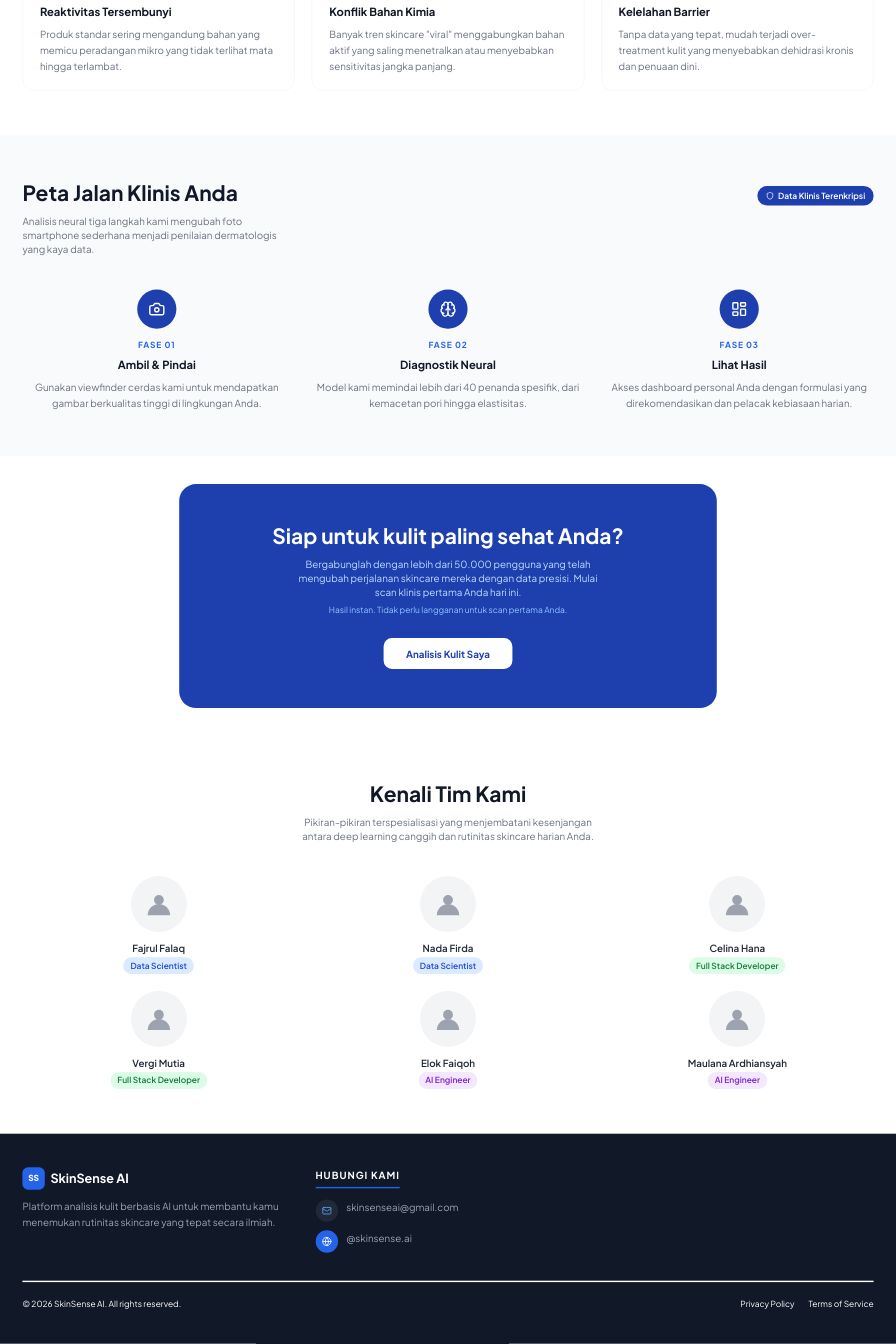
Repository: Celinahanaa/SkinSenseAI
Page: /
The author's editor kept a copy of each file at every save. The page is drawn from the files as they stood at one save, then again after the next save.
The browser window is 1280 px wide. The pictures show the part of the page from y = 1431 to 3351 px (the page is 3351 px tall before and 3350 px after), at 70% of full size.
Some web fonts or font styles are not loaded; a fallback is used. The project was rebuilt for these pictures with package versions that can differ from the ones it lists, and the page was loaded fresh each time. Also part of the build but not shown: vite.config.js, src/components/Navbar.jsx, frontend/src/services/api.js, frontend/src/context/AuthContext.jsx, frontend/src/components/ProtectedRoute.jsx, src/pages/Home.jsx, src/pages/Login.jsx, src/pages/Register.jsx and 5 more.

Above is the page before, as saved 2026-05-16 13:35:46.

### index.html
<!doctype html>
<html lang="en">
  <head>
    <meta charset="UTF-8" />
    <link rel="icon" type="image/svg+xml" href="/favicon.svg" />
    <meta name="viewport" content="width=device-width, initial-scale=1.0" />
    <title>skinsense-ai</title>
  </head>
  <body>
    <div id="root"></div>
    <script type="module" src="/src/main.jsx"></script>
  </body>
</html>

### src/index.css
@import url('https://fonts.googleapis.com/css2?family=Plus+Jakarta+Sans:wght@300;400;500;600;700;800&family=Playfair+Display:ital,wght@0,700;0,800;1,700&display=swap');

@tailwind base;
@tailwind components;
@tailwind utilities;

@layer base {
  body {
    font-family: 'Plus Jakarta Sans', sans-serif;
    background-color: #f8faff;
    color: #1a1a2e;
    -webkit-font-smoothing: antialiased;
  }
}

@layer components {
  .btn-primary {
    @apply bg-blue-800 text-white font-semibold px-6 py-3 rounded-xl hover:bg-blue-900 transition-all duration-200 flex items-center justify-center gap-2 cursor-pointer;
  }
  .btn-outline {
    @apply border-2 border-gray-200 bg-white text-gray-700 font-semibold px-6 py-3 rounded-xl hover:border-blue-800 hover:text-blue-800 transition-all duration-200 flex items-center justify-center gap-2 cursor-pointer;
  }
  .card {
    @apply bg-white rounded-2xl p-6;
    box-shadow: 0 2px 20px rgba(30, 58, 138, 0.08);
  }
  .input-field {
    @apply w-full border border-gray-200 rounded-xl px-4 py-3 pl-11 text-gray-800 placeholder-gray-400 focus:outline-none focus:border-blue-600 transition-all bg-gray-50 text-sm;
  }
  .nav-link {
    @apply text-gray-600 hover:text-blue-800 font-medium text-sm transition-colors cursor-pointer;
  }
}

@keyframes fadeInUp {
  from { opacity: 0; transform: translateY(24px); }
  to   { opacity: 1; transform: translateY(0); }
}
@keyframes fadeIn {
  from { opacity: 0; }
  to   { opacity: 1; }
}
@keyframes scanLine {
  0%   { top: 0%; }
  100% { top: 95%; }
}
@keyframes float {
  0%, 100% { transform: translateY(0px); }
  50%       { transform: translateY(-8px); }
}
@keyframes spin-slow {
  from { transform: rotate(0deg); }
  to   { transform: rotate(360deg); }
}
@keyframes float {
  0%, 100% { transform: translateY(0px); }
  50% { transform: translateY(-10px); }
}

.animate-fade-in-up { animation: fadeInUp 0.7s ease-out forwards; }
.animate-fade-in { animation: fadeIn 0.5s ease-out forwards; }
.animate-float { animation: float 3s ease-in-out infinite; }
.animate-spin-slow { animation: spin-slow 8s linear infinite; }
.scan-line { position: absolute; left: 0; right: 0; height: 2px; background: linear-gradient(90deg, transparent, #3b5fc0, transparent); animation: scanLine 1.8s linear infinite; }
.delay-100 { animation-delay: 100ms; }
.delay-200 { animation-delay: 200ms; }
.delay-300 { animation-delay: 300ms; }
.delay-400 { animation-delay: 400ms; }
.delay-500 { animation-delay: 500ms; }

### src/App.jsx
import { BrowserRouter, Routes, Route } from 'react-router-dom';
import { AuthProvider } from './context/AuthContext';
import { ThemeProvider } from './context/ThemeContext';
import { LanguageProvider } from './context/LanguageContext';
import Navbar from './components/Navbar';
import ProtectedRoute from './components/ProtectedRoute';

import Landing from './pages/LandingPage';
import Home from './pages/Home';
import Login from './pages/Login';
import Register from './pages/Register';
import Analysis from './pages/Analysis';
import Result from './pages/Result';
import History from './pages/History';
import Profile from './pages/Profile';
import EditProfile from './pages/EditProfile';

function Layout({ children }) {
  return (
    <div className="min-h-screen flex flex-col">
      <Navbar />
      <main className="flex-1">{children}</main>
    </div>
  );
}

export default function App() {
  return (
    <BrowserRouter>
      <AuthProvider>
        <ThemeProvider>
          <LanguageProvider>
            <Routes>
              <Route path="/" element={<Landing />} />
              <Route path="/login" element={<Login />} />
              <Route path="/register" element={<Register />} />
              <Route path="/home" element={<Layout><ProtectedRoute><Home /></ProtectedRoute></Layout>} />
              <Route path="/analysis" element={<Layout><ProtectedRoute><Analysis /></ProtectedRoute></Layout>} />
              <Route path="/result" element={<ProtectedRoute><Result /></ProtectedRoute>} />
              <Route path="/history" element={<Layout><ProtectedRoute><History /></ProtectedRoute></Layout>} />
              <Route path="/profile" element={<Layout><ProtectedRoute><Profile /></ProtectedRoute></Layout>} />
              <Route path="/editprofile" element={<ProtectedRoute><EditProfile /></ProtectedRoute>} />
            </Routes>
          </LanguageProvider>
        </ThemeProvider>
      </AuthProvider>
    </BrowserRouter>
  );
}

### src/context/AuthContext.jsx
import { createContext, useContext, useState, useEffect } from 'react';
import { apiLogin, apiRegister, apiGetProfile } from '../services/api';

const AuthContext = createContext(null);

export function AuthProvider({ children }) {
  const [user, setUser] = useState(null);
  const [loading, setLoading] = useState(true); // cek token saat app dibuka

  // Saat app pertama dibuka, cek apakah ada token tersimpan
  useEffect(() => {
    const token = localStorage.getItem('token');
    if (token) {
      // Ambil data profil pakai token yang ada
      apiGetProfile()
        .then(profile => setUser(profile))
        .catch(() => {
          // Token expired/invalid, hapus
          localStorage.removeItem('token');
        })
        .finally(() => setLoading(false));
    } else {
      setLoading(false);
    }
  }, []);

const login = async (email, password) => {
  const data = await apiLogin(email, password);
  localStorage.setItem('token', data.token);
  // ✅ fetch profile lengkap termasuk skin_type & skin_concerns
  const profile = await apiGetProfile();
  setUser(profile);
  return data;
};

const register = async (name, email, password) => {
  const data = await apiRegister(name, email, password);
  localStorage.setItem('token', data.token);
  // ✅ sama di register
  const profile = await apiGetProfile();
  setUser(profile);
  return data;
};

  const logout = () => {
    localStorage.removeItem('token');
    setUser(null);
  };

  // Jangan render app dulu sebelum selesai cek token
  if (loading) return null;

  return (
    <AuthContext.Provider value={{ user, setUser, login, register, logout }}>
      {children}
    </AuthContext.Provider>
  );
}

// Di AuthContext.jsx, ubah baris terakhir
export const useAuth = () => {
  const context = useContext(AuthContext);
  if (context === null) {
    throw new Error('useAuth harus digunakan di dalam AuthProvider');
  }
  return context;
};

### src/context/ThemeContext.jsx
import { createContext, useContext, useState, useEffect } from 'react';

const ThemeContext = createContext();

export function ThemeProvider({ children }) {
  const [dark, setDark] = useState(false);

  useEffect(() => {
    if (dark) {
      document.documentElement.classList.add('dark');
    } else {
      document.documentElement.classList.remove('dark');
    }
  }, [dark]);

  return (
    <ThemeContext.Provider value={{ dark, setDark }}>
      {children}
    </ThemeContext.Provider>
  );
}

export const useTheme = () => useContext(ThemeContext);

### src/components/Footer.jsx
import { Link } from 'react-router-dom';
import { Mail, Globe } from 'lucide-react';
import { useAuth } from '../context/AuthContext';

export default function Footer() {
  const { user } = useAuth();

  const footerLinks = [
    { to: '/home', label: 'Home' },
    { to: '/analysis', label: 'Analysis' },
    { to: '/history', label: 'History' },
    { to: '/profile', label: 'Profile' },
  ];

  return (
    <footer className="bg-gray-900 text-white mt-auto">
      <div className="max-w-7xl mx-auto px-4 sm:px-6 lg:px-8 py-12">
        <div className="grid grid-cols-1 md:grid-cols-3 gap-10">

          {/* Brand */}
          <div>
            <div className="flex items-center gap-2 mb-3">
              <div className="w-8 h-8 bg-blue-600 rounded-lg flex items-center justify-center">
                <span className="text-white text-xs font-black">SS</span>
              </div>
              <span className="font-bold text-white text-lg">SkinSense AI</span>
            </div>
            <p className="text-gray-400 text-sm leading-relaxed">
              Platform analisis kulit berbasis AI untuk membantu kamu menemukan rutinitas skincare yang tepat secara ilmiah.
            </p>
          </div>

          {/* Menu */}
          {user && (
            <div>
              <h3 className="font-bold text-white mb-4 text-sm uppercase tracking-widest border-b-2 border-blue-600 pb-2 w-fit">Menu Utama</h3>
              <ul className="space-y-2">
                {footerLinks.map((link) => (
                  <li key={link.to}>
                    <Link
                      to={link.to}
                      className="text-gray-400 hover:text-white text-sm transition-colors flex items-center gap-2"
                    >
                      <span className="text-blue-500">›</span> {link.label}
                    </Link>
                  </li>
                ))}
              </ul>
            </div>
          )}

          {/* Hubungi Kami */}
          <div>
            <h3 className="font-bold text-white mb-4 text-sm uppercase tracking-widest border-b-2 border-blue-600 pb-2 w-fit">Hubungi Kami</h3>
            <div className="space-y-3">
              <div className="flex items-start gap-3">
                <div className="w-8 h-8 bg-gray-800 rounded-full flex items-center justify-center flex-shrink-0">
                  <Mail size={14} className="text-blue-400" />
                </div>
                <p className="text-gray-400 text-sm leading-relaxed">skinsenseai@gmail.com</p>
              </div>
              <div className="flex items-start gap-3">
                <div className="w-8 h-8 bg-blue-600 rounded-full flex items-center justify-center flex-shrink-0">
                  <Globe size={14} className="text-white" />
                </div>
                <p className="text-gray-400 text-sm leading-relaxed">@skinsense.ai</p>
              </div>
            </div>
          </div>

        </div>

        {/* Bottom bar */}
        <div className="border-t-2 border-white mt-10 pt-6 flex flex-col sm:flex-row justify-between items-center gap-3">
          <p className="text-white-500 text-xs">© 2026 SkinSense AI. All rights reserved.</p>
          <div className="flex gap-5 text-xs text-white">
            <span className="hover:text-blue-400 cursor-pointer transition-colors">Privacy Policy</span>
            <span className="hover:text-blue-400 cursor-pointer transition-colors">Terms of Service</span>
          </div>
        </div>
      </div>
    </footer>
  );
}

### src/components/FaceScanHero.jsx
import { useEffect, useRef } from 'react';

export default function FaceScanHero() {
  const scanRef = useRef(null);

  useEffect(() => {
    let pos = -130;
    let dir = 1;
    const interval = setInterval(() => {
      pos += dir * 1.2;
      if (pos >= 130) dir = -1;
      if (pos <= -130) dir = 1;
      if (scanRef.current) {
        scanRef.current.style.transform = `translateY(${pos}px)`;
      }
    }, 16);
    return () => clearInterval(interval);
  }, []);

  return (
    <div className="relative flex items-center justify-center w-full h-full min-h-[460px]">

      {/* Glow */}
      <div className="absolute w-72 h-72 rounded-full bg-blue-100 dark:bg-blue-900/20 opacity-60"
        style={{ filter: 'blur(48px)' }} />

      {/* Ring orbits */}
      <div
        className="absolute w-80 h-80 rounded-full border border-dashed border-blue-200 dark:border-blue-800"
        style={{ animation: 'spin 12s linear infinite' }}
      />
      <div
        className="absolute w-[26rem] h-[26rem] rounded-full border border-dashed border-indigo-100 dark:border-indigo-900"
        style={{ animation: 'spin 20s linear infinite reverse' }}
      />

      {/* Face wrapper */}
      <div
        className="relative w-60 h-80"
        style={{ animation: 'float 4s ease-in-out infinite' }}
      >
        {/* Corner brackets */}
        <div className="absolute top-0 left-0 w-5 h-5 border-t-2 border-l-2 border-blue-500 opacity-80 z-10" />
        <div className="absolute top-0 right-0 w-5 h-5 border-t-2 border-r-2 border-blue-500 opacity-80 z-10" />
        <div className="absolute bottom-0 left-0 w-5 h-5 border-b-2 border-l-2 border-blue-500 opacity-80 z-10" />
        <div className="absolute bottom-0 right-0 w-5 h-5 border-b-2 border-r-2 border-blue-500 opacity-80 z-10" />

        {/* SVG: foto + efek overlay */}
        <svg
          viewBox="0 0 260 320"
          xmlns="http://www.w3.org/2000/svg"
          className="w-full h-full"
        >
          <defs>
            {/* Clip oval untuk foto */}
            <clipPath id="faceClip">
              <ellipse cx="130" cy="155" rx="115" ry="148" />
            </clipPath>
          </defs>

          {/* ✅ Foto asli */}
          <image
            href="/images/face-model.jpg"
            x="-10" y="0"
            width="280" height="320"
            clipPath="url(#faceClip)"
            preserveAspectRatio="xMidYMid slice"
          />

          {/* Mesh dots overlay di atas foto */}
          <g fill="rgba(59,130,246,0.30)" clipPath="url(#faceClip)">
            <circle cx="70"  cy="110" r="1.5"/><circle cx="90"  cy="95"  r="1.5"/>
            <circle cx="112" cy="88"  r="1.5"/><circle cx="130" cy="85"  r="1.5"/>
            <circle cx="148" cy="88"  r="1.5"/><circle cx="170" cy="95"  r="1.5"/>
            <circle cx="188" cy="110" r="1.5"/><circle cx="65"  cy="135" r="1.5"/>
            <circle cx="85"  cy="148" r="1.5"/><circle cx="108" cy="155" r="1.5"/>
            <circle cx="130" cy="158" r="1.5"/><circle cx="152" cy="155" r="1.5"/>
            <circle cx="175" cy="148" r="1.5"/><circle cx="193" cy="135" r="1.5"/>
            <circle cx="72"  cy="170" r="1.5"/><circle cx="95"  cy="183" r="1.5"/>
            <circle cx="118" cy="195" r="1.5"/><circle cx="142" cy="195" r="1.5"/>
            <circle cx="165" cy="183" r="1.5"/><circle cx="186" cy="170" r="1.5"/>
            <circle cx="88"  cy="215" r="1.5"/><circle cx="130" cy="225" r="1.5"/>
            <circle cx="172" cy="215" r="1.5"/>
          </g>

          {/* Thin grid lines overlay */}
          <g stroke="rgba(59,130,246,0.12)" strokeWidth="0.5" clipPath="url(#faceClip)">
            <line x1="15" y1="107" x2="245" y2="107"/>
            <line x1="15" y1="145" x2="245" y2="145"/>
            <line x1="15" y1="183" x2="245" y2="183"/>
            <line x1="15" y1="221" x2="245" y2="221"/>
            <line x1="65"  y1="15" x2="65"  y2="305"/>
            <line x1="108" y1="15" x2="108" y2="305"/>
            <line x1="152" y1="15" x2="152" y2="305"/>
            <line x1="195" y1="15" x2="195" y2="305"/>
          </g>

          {/* Eye ring pulse — mata kiri */}
          <circle cx="88" cy="128" r="4" fill="none" stroke="#3b82f6" strokeWidth="1">
            <animate attributeName="r" values="4;10;4" dur="2.2s" repeatCount="indefinite"/>
            <animate attributeName="opacity" values="0.9;0;0.9" dur="2.2s" repeatCount="indefinite"/>
          </circle>

          {/* Eye ring pulse — mata kanan */}
          <circle cx="172" cy="128" r="4" fill="none" stroke="#3b82f6" strokeWidth="1">
            <animate attributeName="r" values="4;10;4" dur="2.2s" begin="0.4s" repeatCount="indefinite"/>
            <animate attributeName="opacity" values="0.9;0;0.9" dur="2.2s" begin="0.4s" repeatCount="indefinite"/>
          </circle>

          {/* Nose bridge dot */}
          <circle cx="130" cy="185" r="3" fill="none" stroke="#60a5fa" strokeWidth="1">
            <animate attributeName="r" values="3;6;3" dur="3s" begin="0.8s" repeatCount="indefinite"/>
            <animate attributeName="opacity" values="0.7;0;0.7" dur="3s" begin="0.8s" repeatCount="indefinite"/>
          </circle>

          {/* Subtle blue tint overlay */}
          <ellipse cx="130" cy="155" rx="115" ry="148"
            fill="rgba(59,130,246,0.04)" />
        </svg>

        {/* Scan line */}
        <div
          ref={scanRef}
          className="absolute left-0 right-0 h-0.5 z-10 pointer-events-none"
          style={{
            top: '50%',
            background: 'linear-gradient(90deg, transparent, #3b82f6, #93c5fd, #3b82f6, transparent)',
            boxShadow: '0 0 10px #3b82f6, 0 0 2px #93c5fd',
          }}
        />
      </div>

      {/* Analysis tags */}
      <div className="absolute left-2 top-14 bg-white dark:bg-gray-800 border border-blue-200 dark:border-blue-800 rounded-lg px-3 py-1.5 text-xs flex items-center gap-2 shadow-sm">
        <span className="w-2 h-2 rounded-full bg-green-500 flex-shrink-0" />
        <span className="text-gray-500 dark:text-gray-400">Hidrasi</span>
        <span className="font-semibold text-gray-800 dark:text-white">82%</span>
      </div>

      <div className="absolute right-2 top-24 bg-white dark:bg-gray-800 border border-blue-200 dark:border-blue-800 rounded-lg px-3 py-1.5 text-xs flex items-center gap-2 shadow-sm">
        <span className="w-2 h-2 rounded-full bg-yellow-400 flex-shrink-0" />
        <span className="text-gray-500 dark:text-gray-400">UV Damage</span>
        <span className="font-semibold text-gray-800 dark:text-white">Rendah</span>
      </div>

      <div className="absolute right-2 bottom-28 bg-white dark:bg-gray-800 border border-blue-200 dark:border-blue-800 rounded-lg px-3 py-1.5 text-xs flex items-center gap-2 shadow-sm">
        <span className="w-2 h-2 rounded-full bg-blue-500 flex-shrink-0" />
        <span className="text-gray-500 dark:text-gray-400">Skin Type</span>
        <span className="font-semibold text-gray-800 dark:text-white">Kombinasi</span>
      </div>

      <div className="absolute left-2 bottom-20 bg-white dark:bg-gray-800 border border-blue-200 dark:border-blue-800 rounded-lg px-3 py-1.5 text-xs flex items-center gap-2 shadow-sm">
        <span className="w-2 h-2 rounded-full bg-purple-500 flex-shrink-0" />
        <span className="text-gray-500 dark:text-gray-400">Pori-pori</span>
        <span className="font-semibold text-gray-800 dark:text-white">Normal</span>
      </div>

      <div className="absolute bottom-4 left-1/2 -translate-x-1/2 bg-white dark:bg-gray-800 border border-blue-200 dark:border-blue-800 rounded-lg px-3 py-1.5 text-xs flex items-center gap-2 shadow-sm">
        <span className="w-2 h-2 rounded-full bg-pink-500 flex-shrink-0"
          style={{ animation: 'pulse 1.5s ease-in-out infinite' }} />
        <span className="text-gray-500 dark:text-gray-400">AI Confidence</span>
        <span className="font-semibold text-blue-600 dark:text-blue-400">98.4%</span>
      </div>
    </div>
  );
}

Loaded but not shown: src/main.jsx (common file); src/services/api.js (116 lines, source omitted); tailwind.config.js (30 lines, source omitted); src/context/LanguageContext.jsx (260 lines, source omitted); src/pages/LandingPage.jsx (229 lines, source omitted)

After the next save:
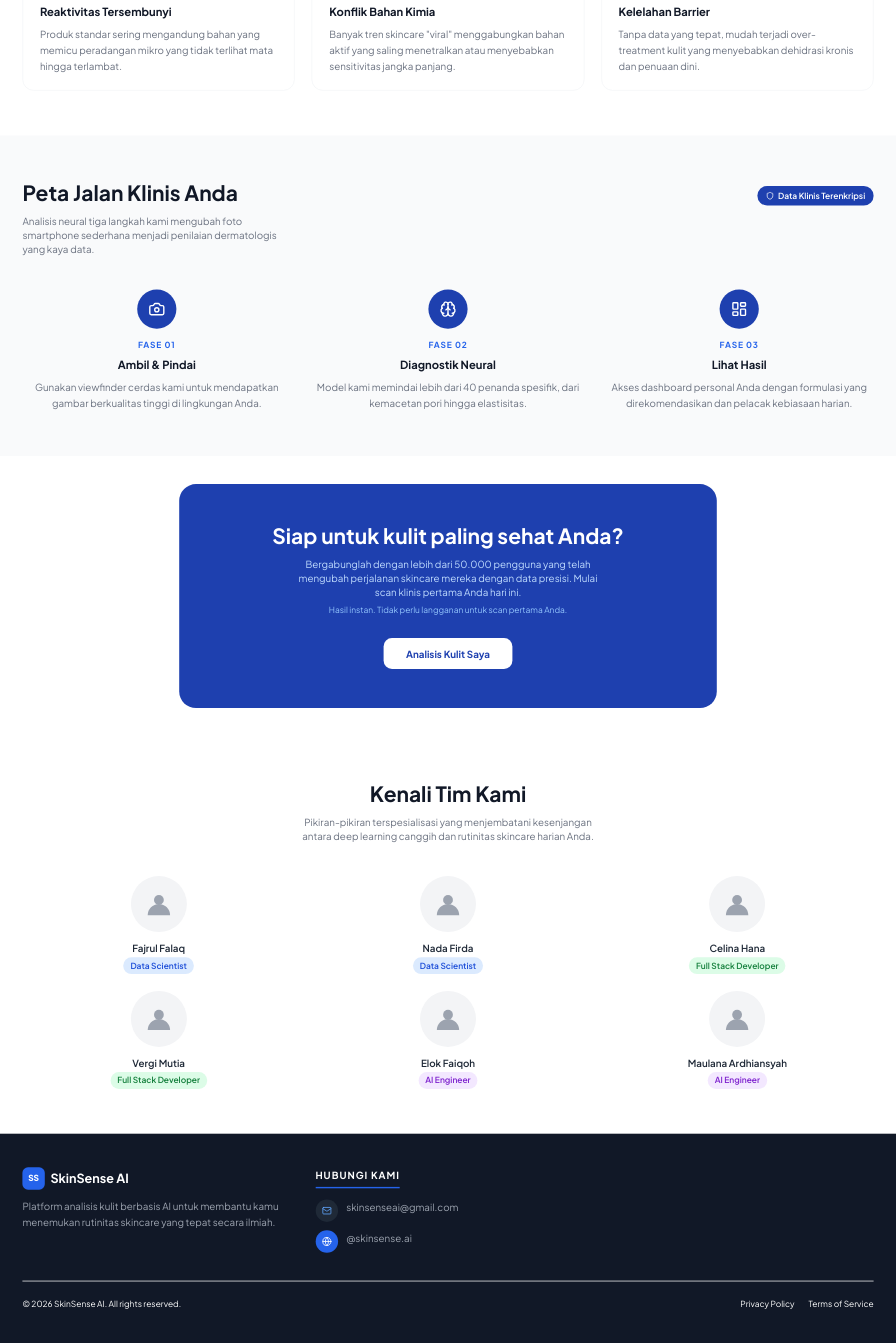
Saved 23 s later.
--- a/src/components/Footer.jsx
+++ b/src/components/Footer.jsx
@@ -71,7 +71,7 @@ export default function Footer() {
         </div>
 
         {/* Bottom bar */}
-        <div className="border-t-2 border-white mt-10 pt-6 flex flex-col sm:flex-row justify-between items-center gap-3">
+        <div className="border-t border-white mt-10 pt-6 flex flex-col sm:flex-row justify-between items-center gap-3">
           <p className="text-white-500 text-xs">© 2026 SkinSense AI. All rights reserved.</p>
           <div className="flex gap-5 text-xs text-white">
             <span className="hover:text-blue-400 cursor-pointer transition-colors">Privacy Policy</span>
